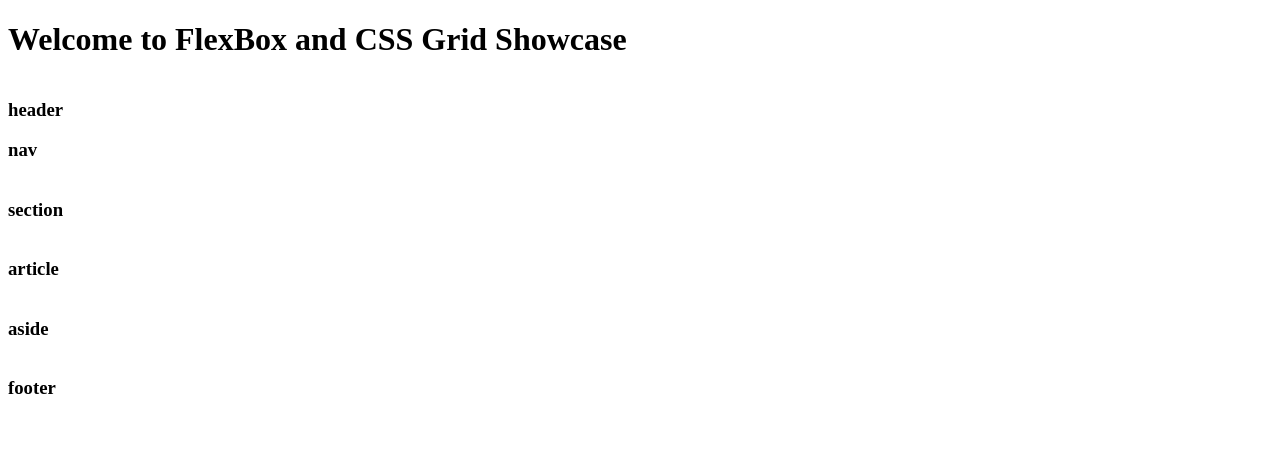
Repository: Awhit-commits/CSS_GRID_AND_FLEXBOX_LESSON
Page: index.html
The author's editor kept a copy of each file at every save. The page is drawn from the files as they stood at one save, then again after the next save.
The browser window is 1280 px wide. The pictures show the whole page.

Above is the page before, as saved 2020-12-21 17:40:56.

After the next save:
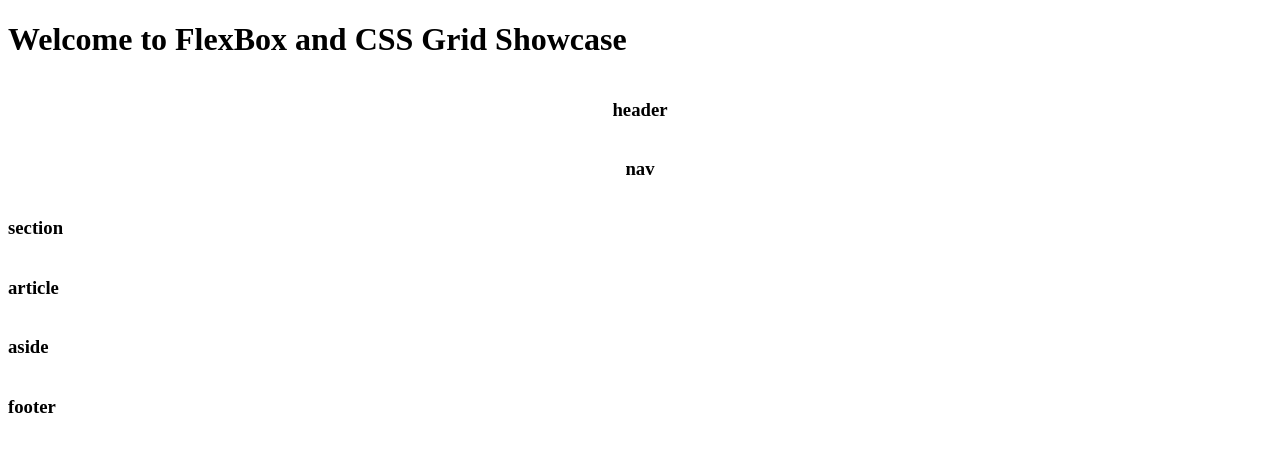
Saved 20 s later.
--- a/style.css
+++ b/style.css
@@ -13,7 +13,7 @@
     flex: 1 auto;
 }
 .headerArea{
-    /* display: flex; */
+    display: flex;
     align-items: center;
     flex-direction: column;
     /* justify-content:center */
